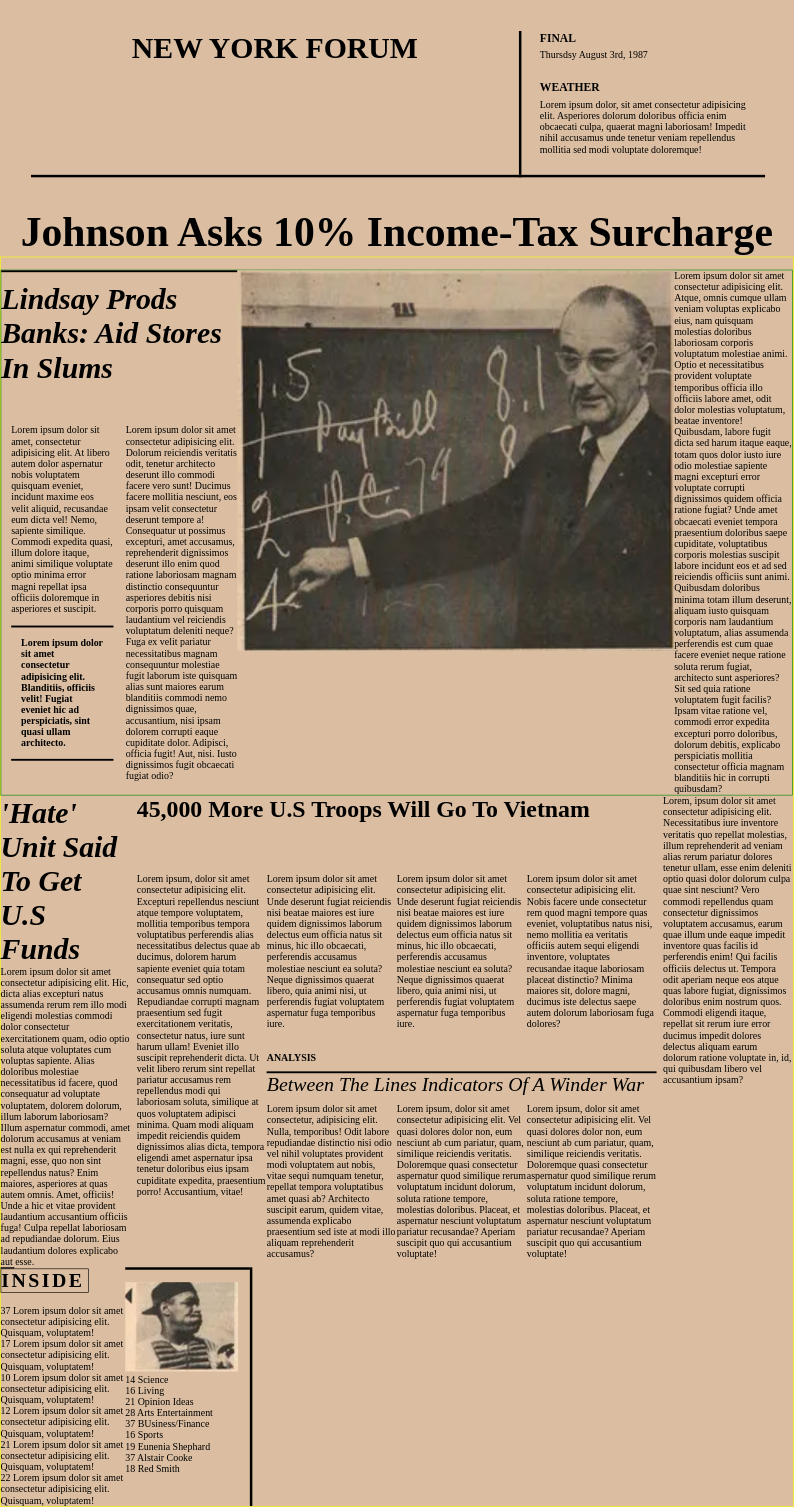
Repository: Arkitecth/newspaper-grid
Page: index.html
An editor plug-in stored every save of this project. The page is shown before and after the next save, followed by the edit.
The browser window is 1280 px wide. The pictures show the whole page, at 62% of full size.

Above is the page before, as saved 2023-05-29 22:27:21.

After the next save:
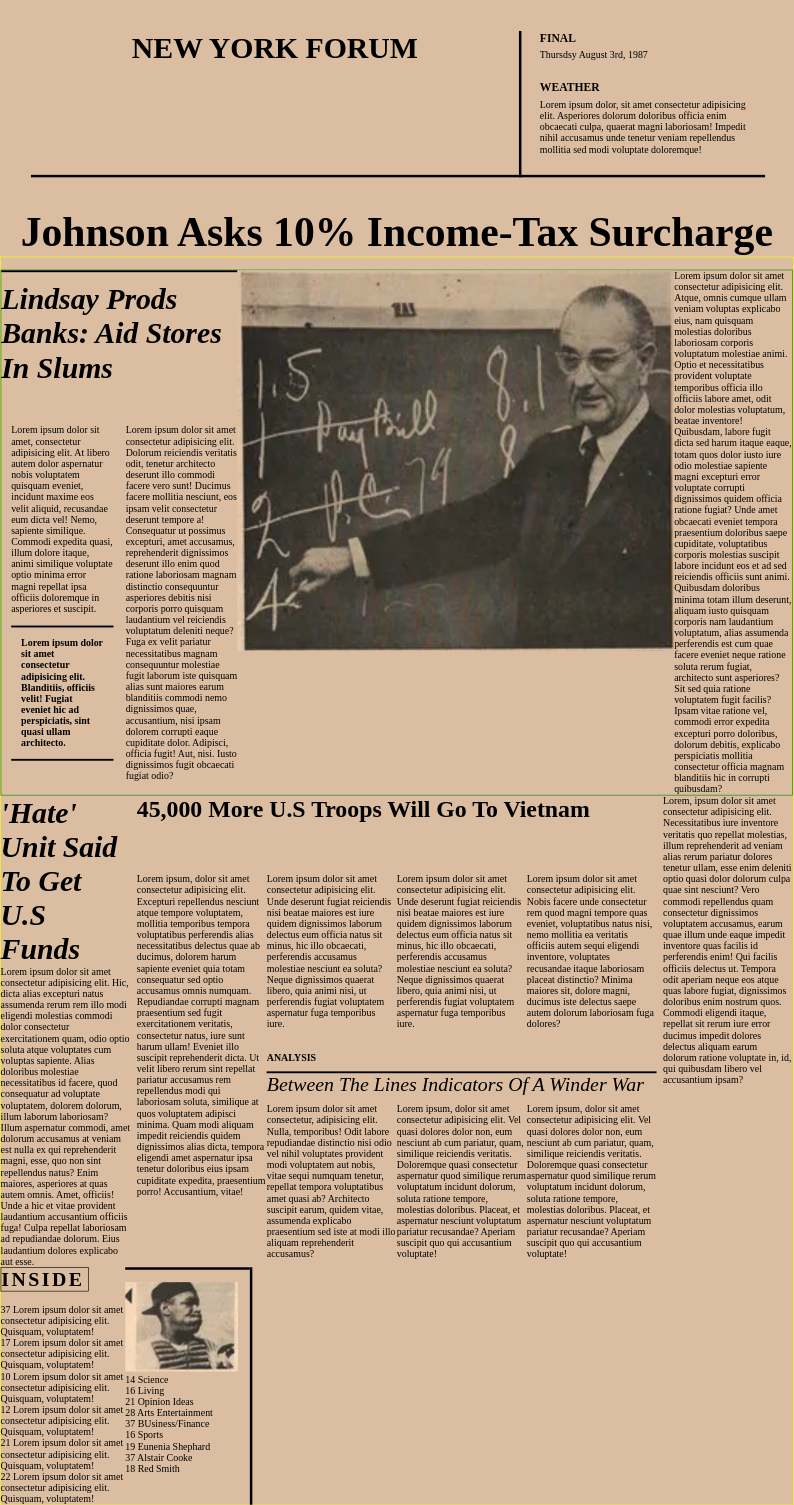
Saved 13 s later.
--- a/styles.css
+++ b/styles.css
@@ -178,11 +178,6 @@
     margin-top: 20px;
 }
 
-.first-line {
-    border: 1px solid black;
-    width: 20px;
-}
-
 .line {
     border: 2px solid black;
 }
